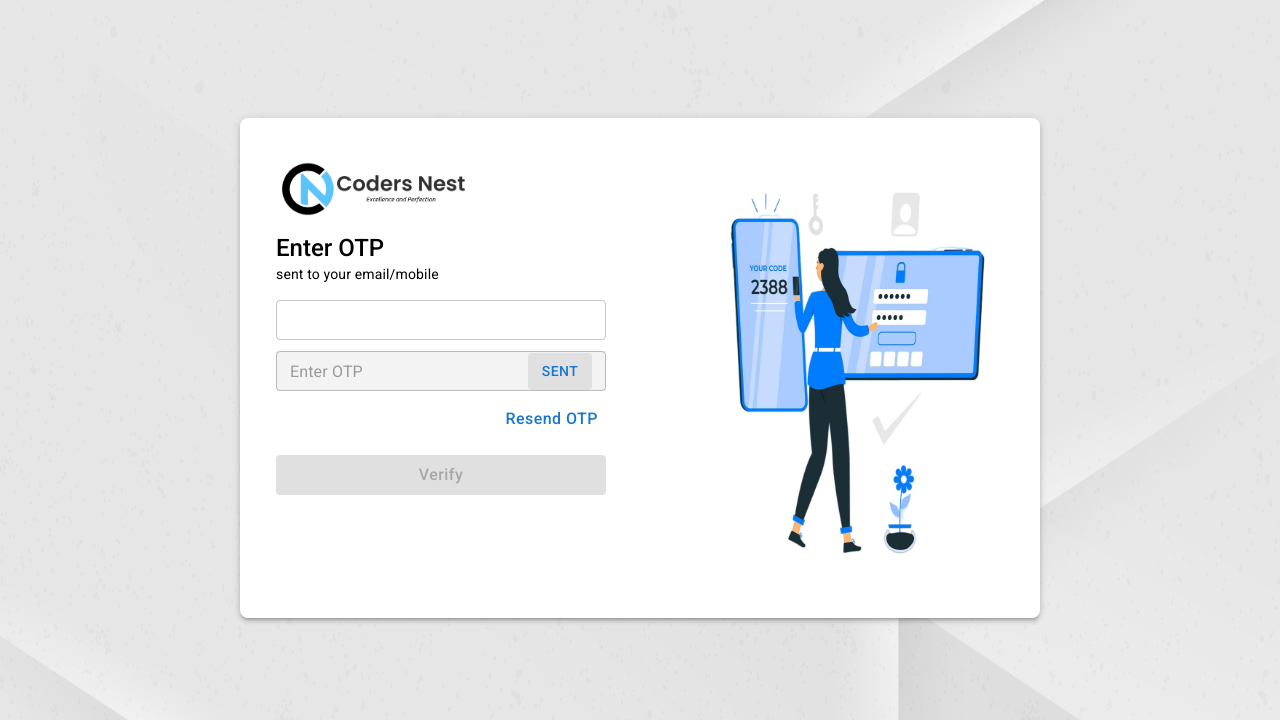
Repository: wajahadalishaik04/CN_Books
Page: /otpscreen
An editor plug-in stored every save of this project. The page is shown before and after the next save, followed by the edit.
The browser window is 1280 px wide. The pictures show the whole page.
The project was rebuilt for these pictures with package versions that can differ from the ones it lists, and the page was loaded fresh each time. Also part of the build but not shown: vite.config.js, src/pages/LoginScreen.jsx, src/pages/Signin.jsx, src/pages/SignUp.jsx, src/pages/VerifyScreen.jsx, src/components/Header.jsx, src/components/SideBar.jsx, src/components/Content.jsx and 7 more.

Above is the page before, as saved 2024-09-30 16:59:56.

After the next save:
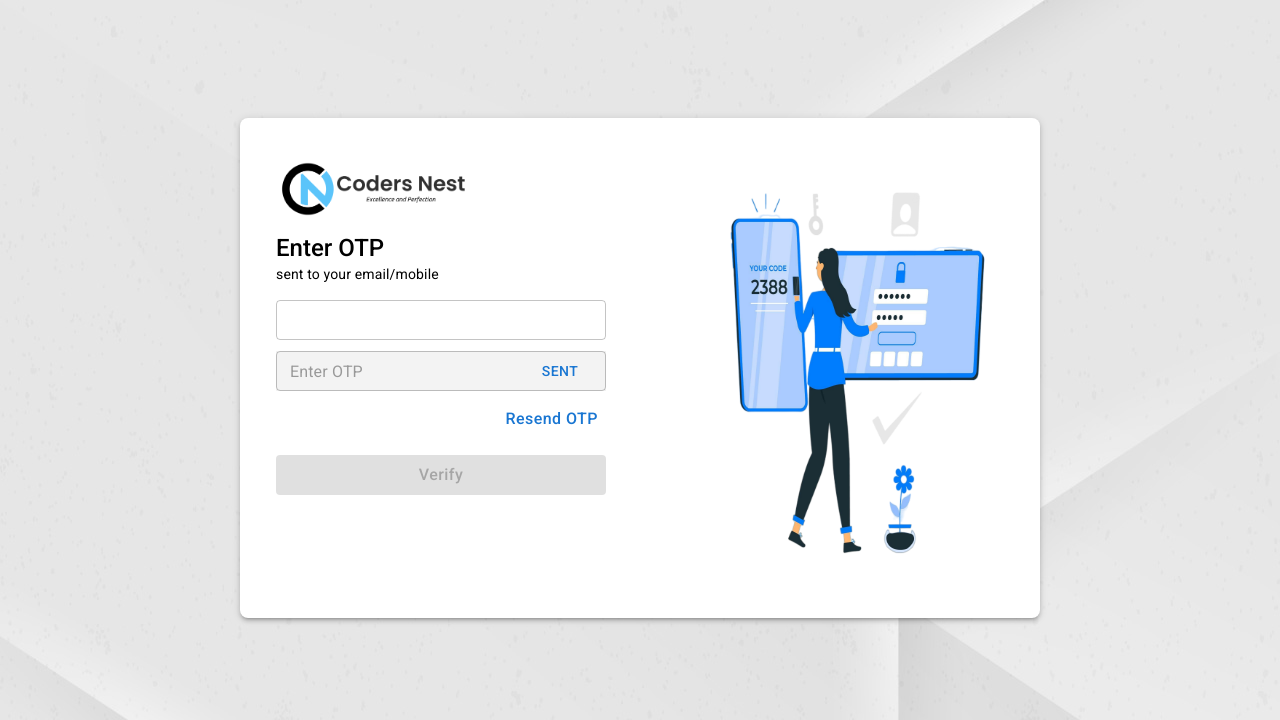
Saved 30 s later.
--- a/src/pages/OtpScreen.jsx
+++ b/src/pages/OtpScreen.jsx
@@ -136,7 +136,7 @@ const OtpScreen = () => {
               InputProps={{
                 endAdornment: (
                   <InputAdornment position="end">
-                    <Button variant="text"   onClick={handleSubmit} sx={{ backgroundColor: isOtpFilled ? "#5BC4FA" : "#E0E0E0",}}
+                    <Button variant="text"   onClick={handleSubmit}
                     >Sent</Button>
                   </InputAdornment>)
               }}
